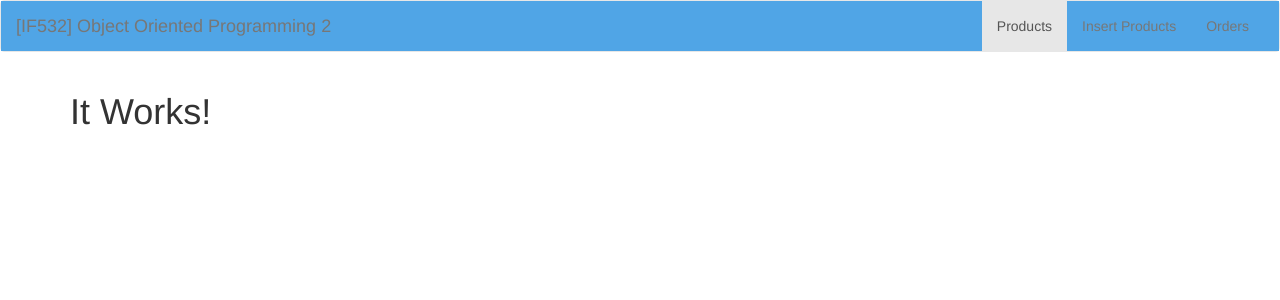
Repository: PrestasiBengis/PBO2-FinalProject
Page: http://localhost/FinalProject_-_Sistem_SKKM/MainFrame.jsp
These files come from the project's save history. The page is drawn as it stood at one moment and after the next save; the edit follows.
The browser window is 1280 px wide. The pictures show the whole page.
The page is served by Tomcat 9. Other server files are loaded and not shown.

Above is the page before, as saved 2015-05-22 10:18:36.

### FinalProject - Sistem SKKM/WebContent/MainFrame.jsp
<%@ page language="java" contentType="text/html; charset=ISO-8859-1"
    pageEncoding="ISO-8859-1"%>
<%@ page import = "com.fantastic5.skkmprogram.*" %>


<!DOCTYPE html PUBLIC "-//W3C//DTD HTML 4.01 Transitional//EN" "http://www.w3.org/TR/html4/loose.dtd">
<html lang="en">
  <head>
    <meta charset="utf-8">
    <meta http-equiv="X-UA-Compatible" content="IE=edge">
    <meta name="viewport" content="width=device-width, initial-scale=1">
    <!-- The above 3 meta tags *must* come first in the head; any other head content must come *after* these tags -->
    <title>Products - IF532 JSP</title>

    <!-- Bootstrap -->
    <link href="css/bootstrap.min.css" rel="stylesheet">
	<link href="css/dataTables.bootstrap.css" rel="stylesheet">

    <!-- HTML5 shim and Respond.js for IE8 support of HTML5 elements and media queries -->
    <!-- WARNING: Respond.js doesn't work if you view the page via file:// -->
    <!--[if lt IE 9]>
      <script src="https://oss.maxcdn.com/html5shiv/3.7.2/html5shiv.min.js"></script>
      <script src="https://oss.maxcdn.com/respond/1.4.2/respond.min.js"></script>
    <![endif]-->

	<!-- jQuery (necessary for Bootstrap's JavaScript plugins) -->
    <script src="js/jquery-1.11.3.min.js"></script>
    <!-- Include all compiled plugins (below), or include individual files as needed -->
    <script src="js/bootstrap.min.js"></script>
	<script src="js/jquery.dataTables.min.js"></script>
	<script src="js/dataTables.bootstrap.js"></script>

	<style type="text/css">
		body { font-size: 140%; }

		#header{
			background: #50A5E6;
			color: #fff;
		}
	</style>



  </head>

  <body>
	<nav class="navbar navbar-default">
		<div class="container-fluid" id="header">
			<!-- Brand and toggle get grouped for better mobile display -->
			<div class="navbar-header">
			  <button type="button" class="navbar-toggle collapsed" data-toggle="collapse" data-target="#bs-example-navbar-collapse-1">
				<span class="sr-only">Toggle navigation</span>
				<span class="icon-bar"></span>
				<span class="icon-bar"></span>
				<span class="icon-bar"></span>
			  </button>
			  <a class="navbar-brand" href="#">[IF532] Object Oriented Programming 2</a>
			</div>

			<!-- Collect the nav links, forms, and other content for toggling -->
			<div class="collapse navbar-collapse" id="bs-example-navbar-collapse-1">
			  <ul class="nav navbar-nav navbar-right">
				<li class="active"><a href="products.jsp">Products</a></li>
				<li><a href="insertProducts.jsp">Insert Products</a></li>
				<li><a href="orders.jsp">Orders<span class="sr-only">(current)</span></a></li>
			  </ul>
			</div><!-- /.navbar-collapse -->
		</div><!-- /.container-fluid -->
	</nav>

	<script type="text/javascript">
		$(document).ready(function() {
			$('#example').dataTable();
		} );
	</script>

	<div class="container">

		<h1> It Works!</h1>
	</div>


  </body>
</html>

Loaded but not shown: FinalProject - Sistem SKKM/WebContent/css/bootstrap.min.css (library); FinalProject - Sistem SKKM/WebContent/css/dataTables.bootstrap.css (common file); FinalProject - Sistem SKKM/WebContent/js/jquery-1.11.3.min.js (library); FinalProject - Sistem SKKM/WebContent/js/bootstrap.min.js (library); FinalProject - Sistem SKKM/WebContent/js/jquery.dataTables.min.js (library); FinalProject - Sistem SKKM/WebContent/js/dataTables.bootstrap.js (common file)

After the next save:
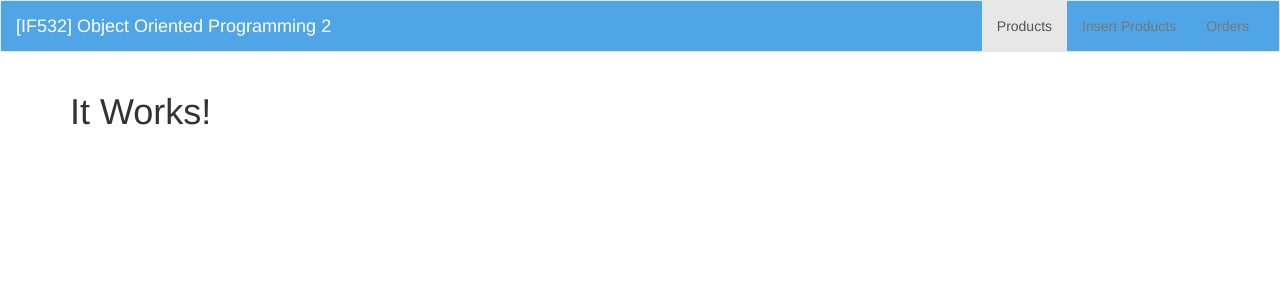
Saved 21 s later.
--- a/FinalProject - Sistem SKKM/WebContent/MainFrame.jsp
+++ b/FinalProject - Sistem SKKM/WebContent/MainFrame.jsp
@@ -54,7 +54,7 @@
 				<span class="icon-bar"></span>
 				<span class="icon-bar"></span>
 			  </button>
-			  <a class="navbar-brand" href="#">[IF532] Object Oriented Programming 2</a>
+			  <a class="navbar-brand" href="#" style="color: white;">[IF532] Object Oriented Programming 2</a>
 			</div>
 
 			<!-- Collect the nav links, forms, and other content for toggling -->

After the save that followed:
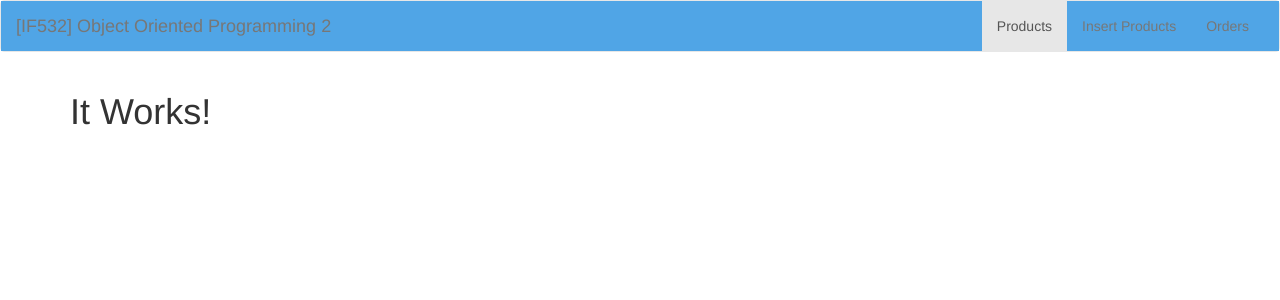
Saved 27 s later.
--- a/FinalProject - Sistem SKKM/WebContent/MainFrame.jsp
+++ b/FinalProject - Sistem SKKM/WebContent/MainFrame.jsp
@@ -54,7 +54,7 @@
 				<span class="icon-bar"></span>
 				<span class="icon-bar"></span>
 			  </button>
-			  <a class="navbar-brand" href="#" style="color: white;">[IF532] Object Oriented Programming 2</a>
+			  <a class="navbar-brand" href="#" class="header_font">[IF532] Object Oriented Programming 2</a>
 			</div>
 
 			<!-- Collect the nav links, forms, and other content for toggling -->
